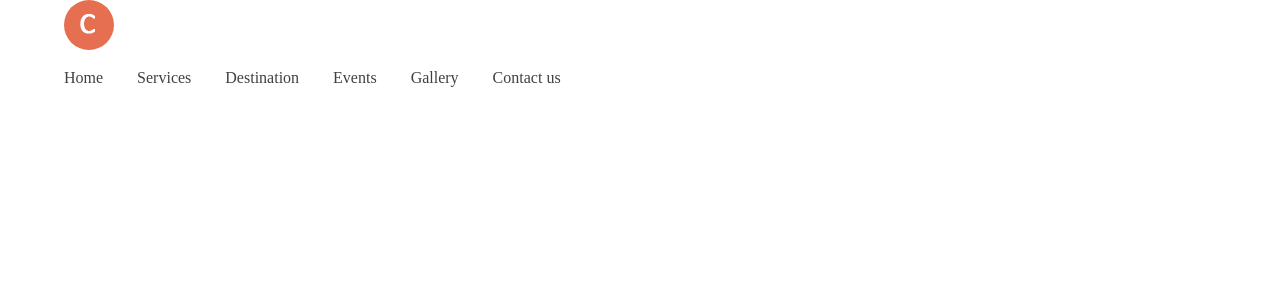
Repository: giahuy405/BC38_Camping_Pham_Gia_Huy
Page: index.html
These files come from the project's save history. The page is drawn as it stood at one moment and after the next save; the edit follows.
The browser window is 1280 px wide. The pictures show the whole page.

Above is the page before, as saved 2022-09-13 18:48:55.

### index.html
<!DOCTYPE html>
<html lang="en">
<head>
    <meta charset="UTF-8">
    <meta http-equiv="X-UA-Compatible" content="IE=edge">
    <meta name="viewport" content="width=device-width, initial-scale=1.0">
    <title>Document</title>
    <link rel="stylesheet" href="./css/index.css">
</head>
<body>
    <header>
       <div class="header__items">
            <img src="./img/logoicon.png" alt="">
            <nav>
                <ul>
                    <li><a href="#">Home</a></li>
                    <li><a href="#">Services</a></li>
                    <li><a href="#">Destination</a></li>
                    <li><a href="#">Events</a></li>
                    <li><a href="#">Gallery</a></li>
                    <li><a href="#">Contact us</a></li>
                </ul>
            </nav>
       </div>
    </header>
</body>
</html>

### css/index.css
*{
    padding: 0;
    margin: 0;
    box-sizing: border-box;
}
.header__items{
    width: 90%;
    margin: 0 auto;
}
nav{
    margin-top: 15px;
}
nav ul{
    list-style: none;
}
nav li{
    display: inline;
    margin-right:30px;
}
nav a{
    text-decoration: none;
    color: #43403c;
}

After the next save:
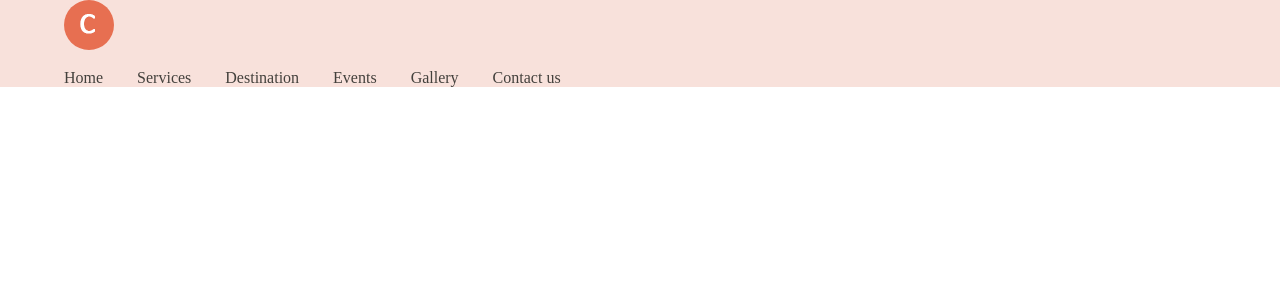
Saved 22 s later.
--- a/css/index.css
+++ b/css/index.css
@@ -6,6 +6,9 @@
 .header__items{
     width: 90%;
     margin: 0 auto;
+}
+header{
+    background-color: #f8e1db;
 }
 nav{
     margin-top: 15px;
